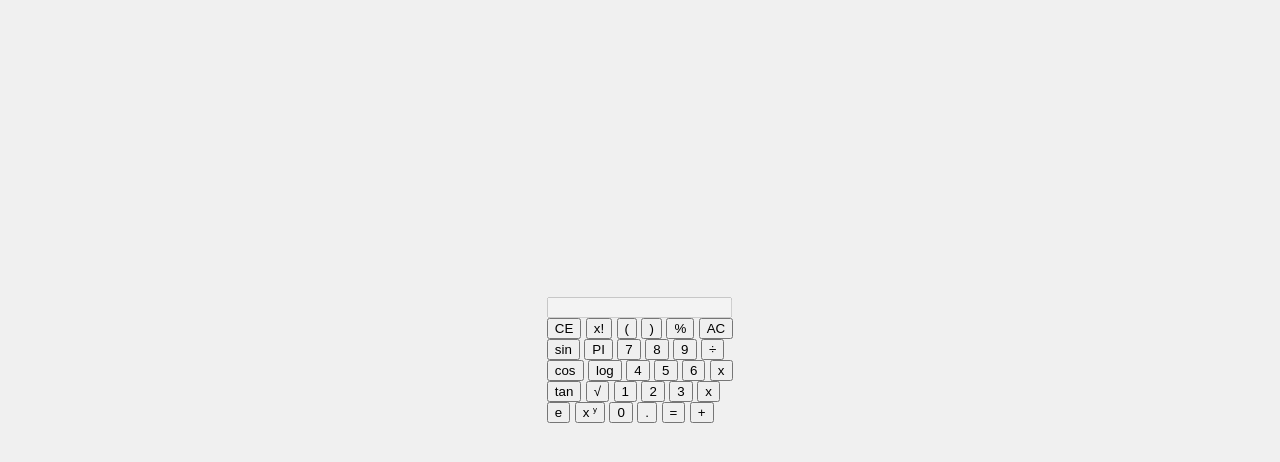
Repository: Haakim19/Scientific-Calculator
Page: intex.html
An editor plug-in stored every save of this project. The page is shown before and after the next save, followed by the edit.
The browser window is 1280 px wide. The pictures show the whole page.

Above is the page before, as saved 2024-10-27 11:45:52.

After the next save:
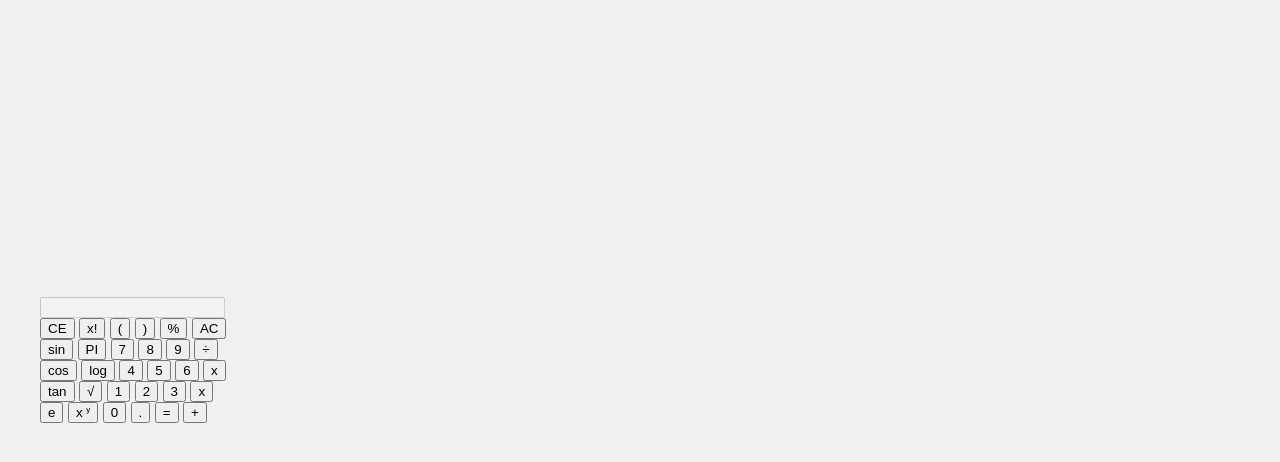
Saved 28 s later.
--- a/Style.css
+++ b/Style.css
@@ -9,4 +9,9 @@
     height: 100vh;
 }
 
-.container
+.container{
+    width: 100%;
+    max-width: 1200px;
+    margin: 0 auto;
+    padding: 0 20px;
+}

After the save that followed:
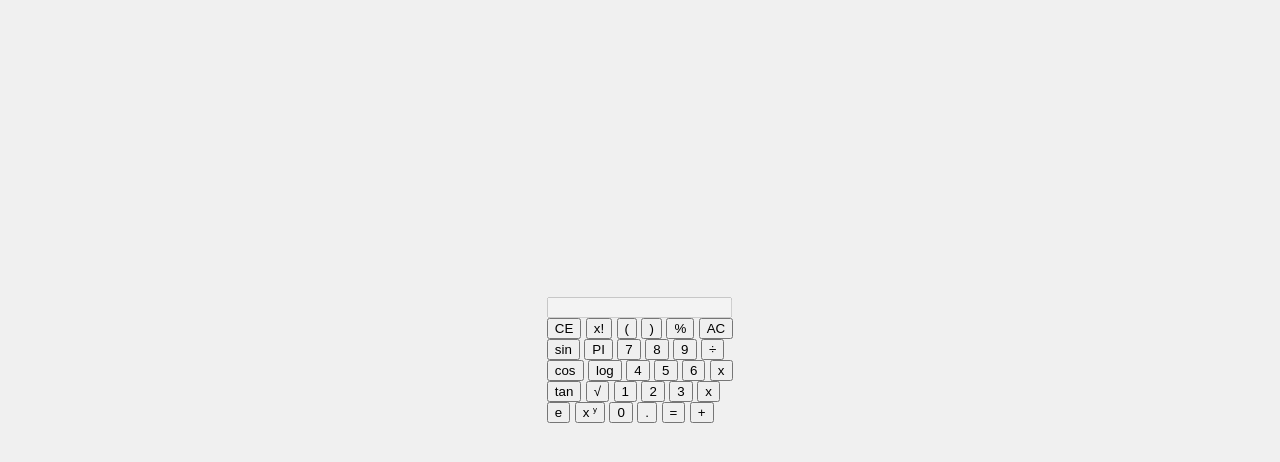
Saved 36 s later.
--- a/Style.css
+++ b/Style.css
@@ -10,8 +10,5 @@
 }
 
 .container{
-    width: 100%;
-    max-width: 1200px;
-    margin: 0 auto;
-    padding: 0 20px;
+
 }
